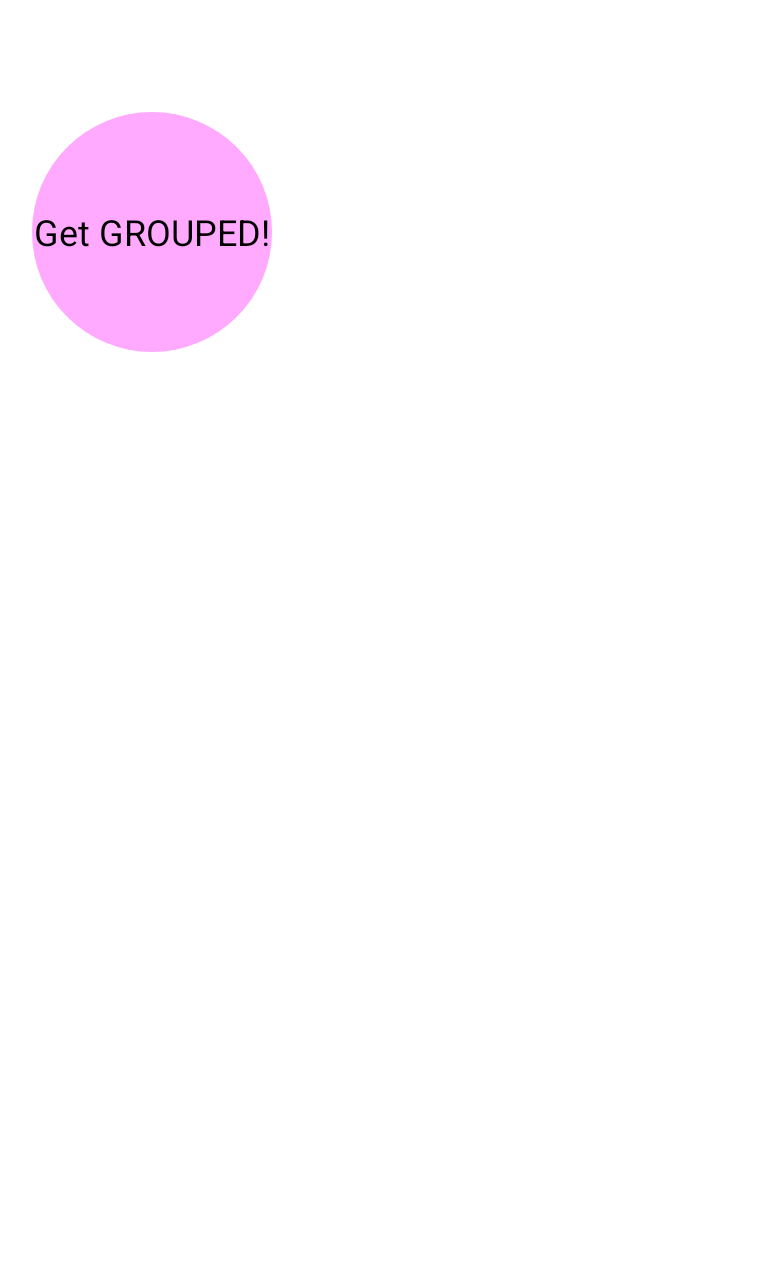
Repository: cs4471/grouped-client
Layout: Grouped/res/layout/activity_main.xml
These files come from the project's save history. The layout is drawn as it stood at one moment and after the next save; the edit follows.
It is drawn on a 768 x 1280 px phone screen (xhdpi) without system bars, with theme AppTheme; the app's code is not run.

Above is the layout before, as saved 2013-09-27 06:35:53.

### Grouped/res/layout/activity_main.xml
<RelativeLayout xmlns:android="http://schemas.android.com/apk/res/android"
    xmlns:tools="http://schemas.android.com/tools"
    android:layout_width="match_parent"
    android:layout_height="match_parent"
    android:paddingBottom="@dimen/activity_vertical_margin"
    android:paddingLeft="@dimen/activity_horizontal_margin"
    android:paddingRight="@dimen/activity_horizontal_margin"
    android:paddingTop="@dimen/activity_vertical_margin"
    tools:context=".MainActivity" >

    <Button
        android:id="@+id/button1"
        android:layout_width="wrap_content"
        android:layout_height="wrap_content"
        android:layout_alignParentLeft="true"
        android:layout_alignParentTop="true"
        android:layout_marginTop="40dp"
        android:background="@drawable/GetGroupedButton"
        android:onClick="openEditGroupPage"
        android:text="Get GROUPED!" />

</RelativeLayout>

### Grouped/res/drawable/GetGroupedButton.xml
<?xml version="1.0" encoding="utf-8"?>
<shape
    xmlns:android="http://schemas.android.com/apk/res/android"
    android:shape="oval">

   <solid
       android:color="#ffaaff"/>

   <size
       android:width="120dp"
        android:height="120dp"/>
</shape>

Loaded but not shown: Grouped/res/values/styles.xml (common file); Grouped/res/values-v14/styles.xml (common file); Grouped/res/values/dimens.xml (common file)

After the next save:
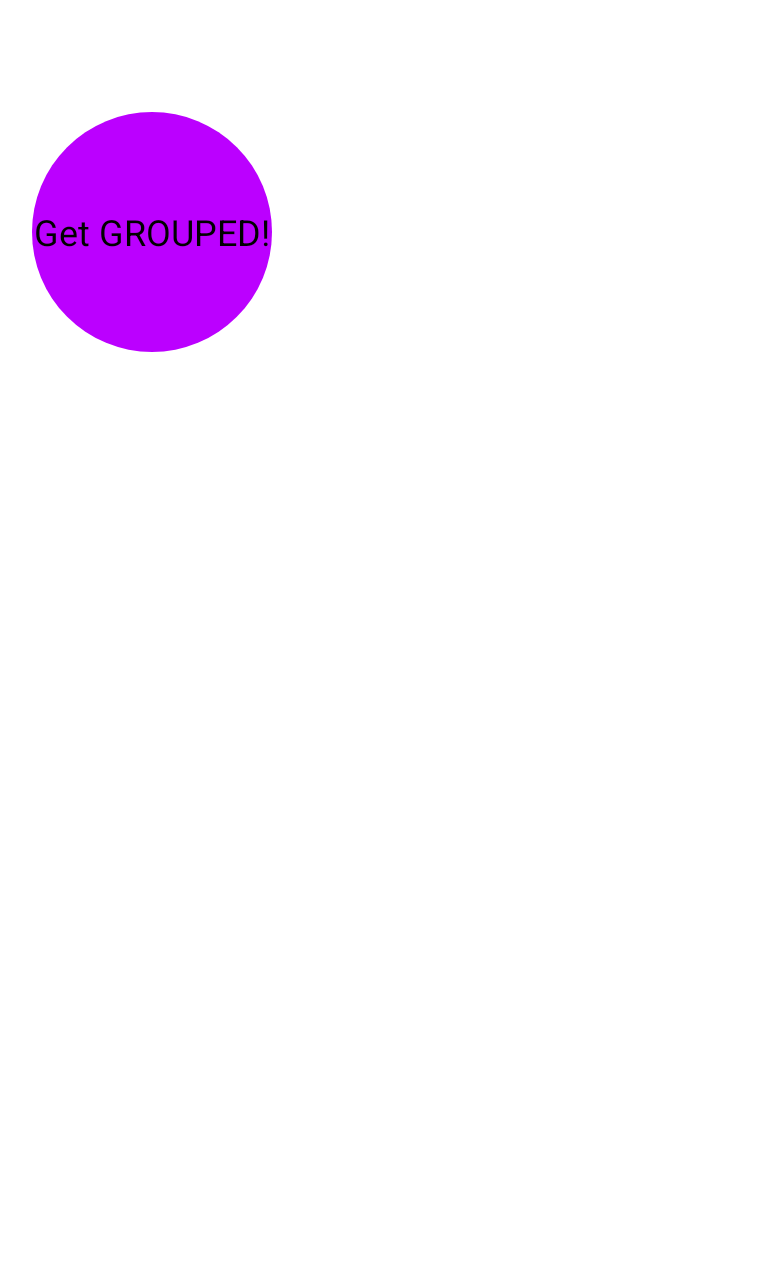
Saved 7 s later.
--- a/Grouped/res/drawable/GetGroupedButton.xml
+++ b/Grouped/res/drawable/GetGroupedButton.xml
@@ -4,7 +4,7 @@
     android:shape="oval">
 
    <solid
-       android:color="#ffaaff"/>
+       android:color="#bb00ff"/>
 
    <size
        android:width="120dp"
